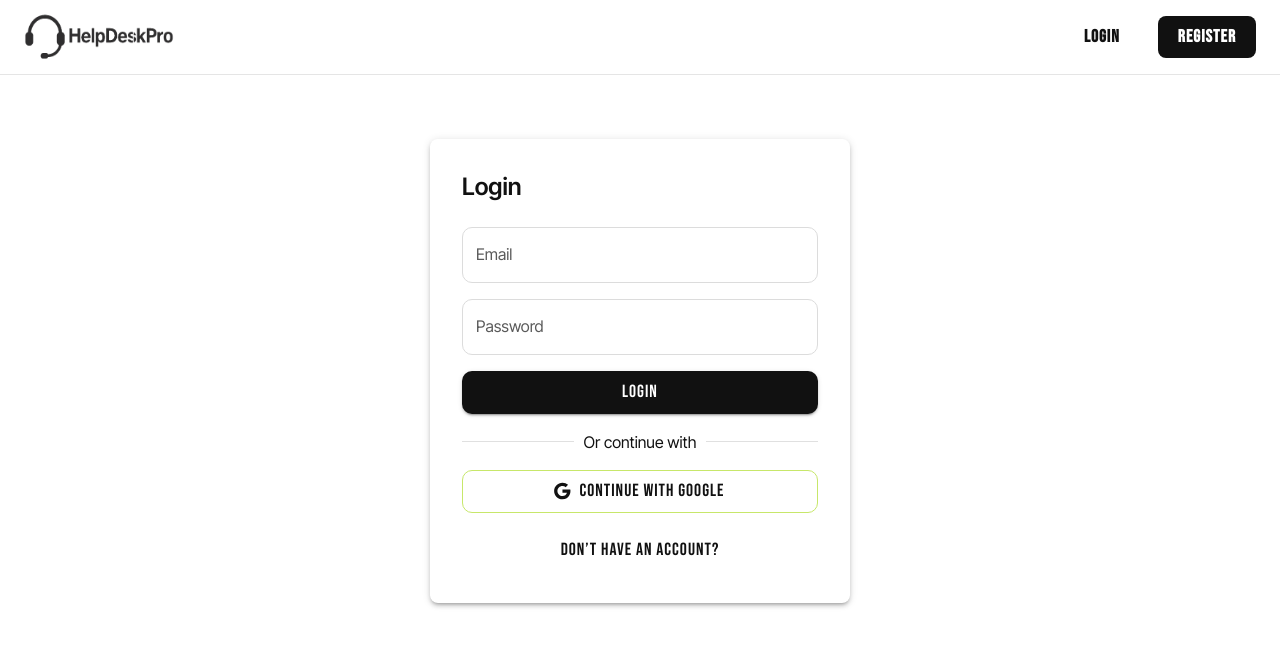
Repository: vcmvanesa7/HelpDeskProAssesment
Page: /auth/login
These files come from the project's save history. The page is drawn as it stood at one moment and after a run of saves; the edit follows.
The browser window is 1280 px wide. The pictures show the whole page.
The page's requests for data from a server got no answer. The project was rebuilt for these pictures with package versions that can differ from the ones it lists, and the page was loaded fresh each time. The framework's server and built-in components were replaced by stand-ins that run in the browser. No one was signed in, and anything a server would have sent is missing. Also part of the build but not shown: next.config.js, next.config.ts.

Above is the page before, as saved 2025-12-09 10:07:23.

After the next 2 saves:
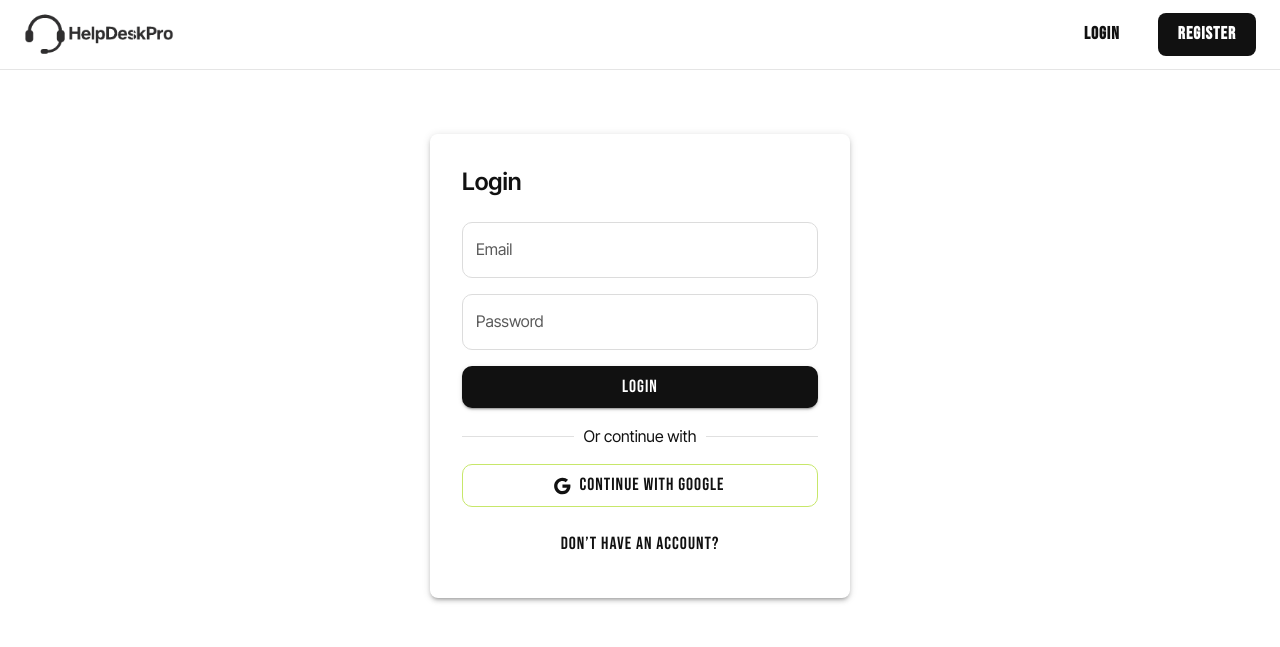
The 2 saves are shown as one change because they came seconds apart.
The last was saved 8 s later.
--- a/src/app/layout.tsx
+++ b/src/app/layout.tsx
@@ -1,5 +1,5 @@
 import type { Metadata } from "next";
-import "./globals.css";
+import "./styles.css";
 
 import MainNavbar from "@/components/layout/MainNavbar";
 import Providers from "./providers";

After the 4 saves that followed:
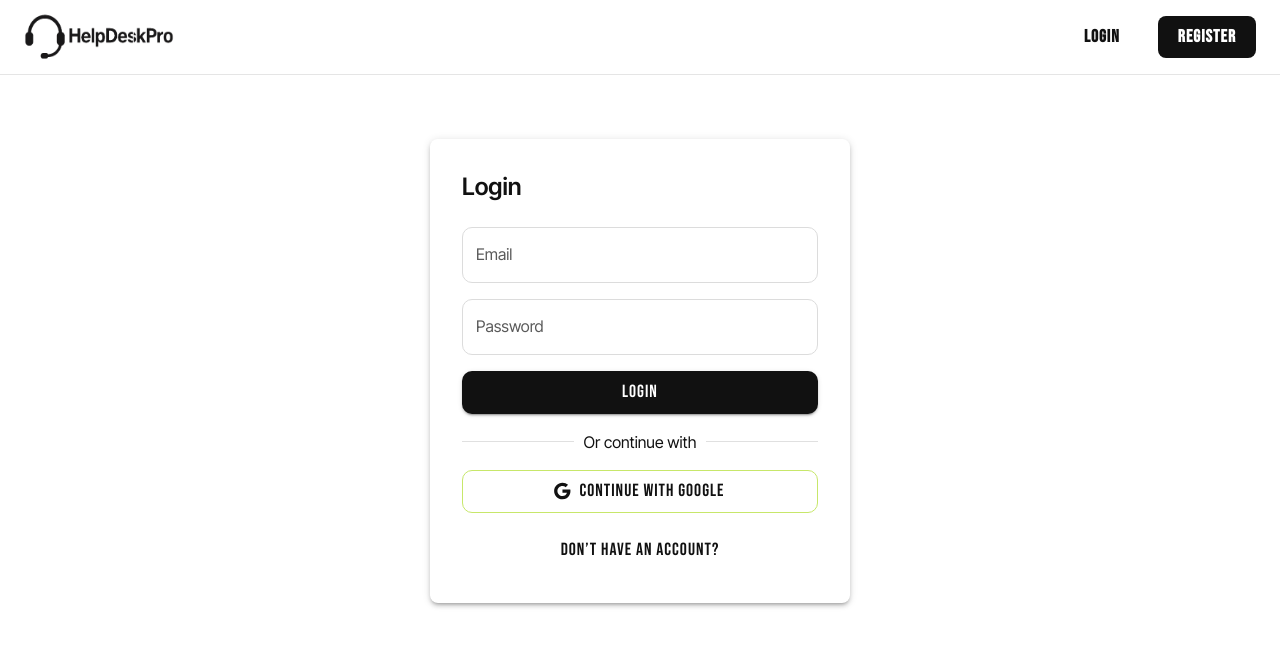
The 4 saves are shown as one change because they came seconds apart.
The last was saved 24 s later.
--- a/src/app/layout.tsx
+++ b/src/app/layout.tsx
@@ -1,5 +1,5 @@
 import type { Metadata } from "next";
-import "./styles.css";
+import "@/";
 
 import MainNavbar from "@/components/layout/MainNavbar";
 import Providers from "./providers";
